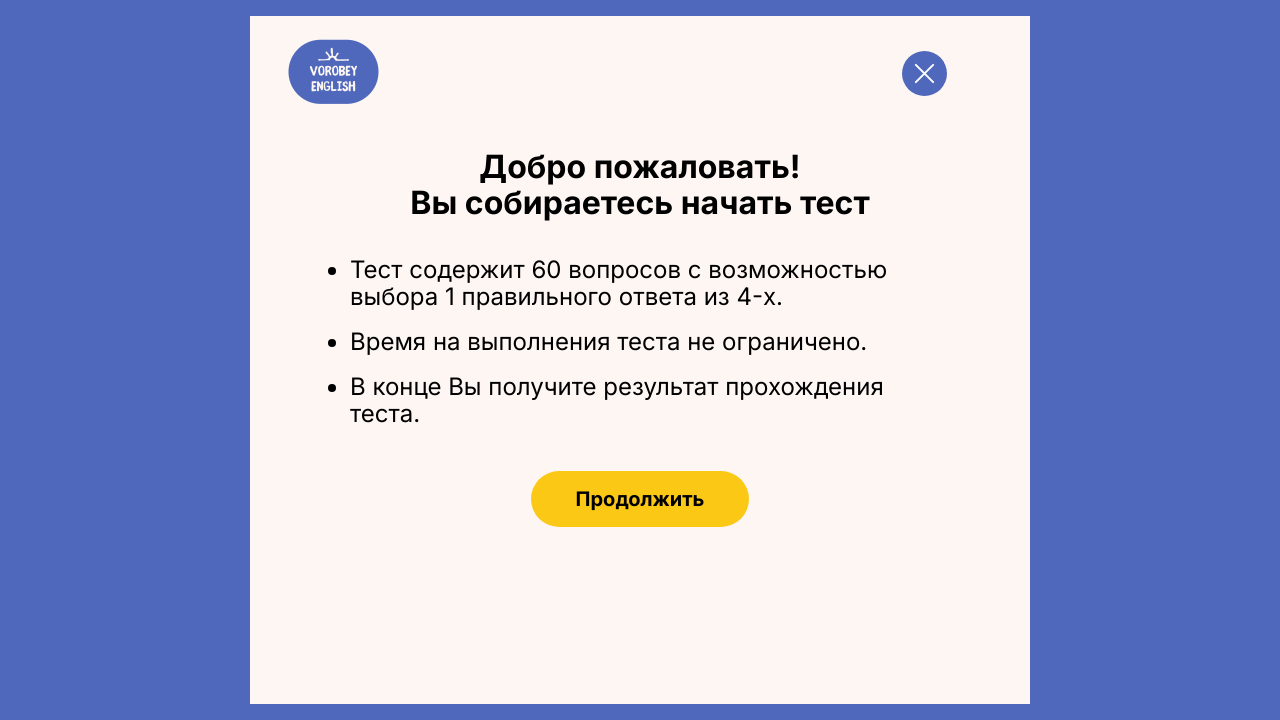
Repository: WladimirVA/PP-01-01_Dandelions
Page: next_test.html
The author's editor kept a copy of each file at every save. The page is drawn from the files as they stood at one save, then again after the next save.
The browser window is 1280 px wide. The pictures show the whole page.

Above is the page before, as saved 2023-02-14 17:32:27.

### next_test.html
<!DOCTYPE html>
<html lang="en">
<head>
    <meta charset="UTF-8">
    <meta http-equiv="X-UA-Compatible" content="IE=edge">
    <meta name="viewport" content="width=\, initial-scale=1.0">
    <link href="./static/css/name.css" rel="stylesheet" type="text/css">
    <link href="./static/css/fonts.css" rel="stylesheet" type="text/css">
    <link rel="icon" sizes="16x16" href="./static/img/Иконка _Лого_ (1_1).svg" type="image/x-icon">
    <title>Dandelions</title>
</head>
<body>
    <form class="NAME_LOGO_INFO" action="./test.html">
        <div class="Name-logo">
            <img src="./static/img/Иконка _Лого_ (1).svg">
            <img class="Name-logo-img1-info" src="./static/img/Ellipse 6 (2).svg">
            <a href="./Index.html"><img class="Name-logo-img-info" src="./static/img/Vector (5).svg"></a>
        </div>
        <div class="info">
            <p>Добро пожаловать!<br>Вы собираетесь начать тест</p>
            <ul>
                <li>Тест содержит 60 вопросов с возможностью выбора 1 правильного ответа из 4-х.</li>
                <li class="info-li">Время на выполнения теста не ограничено.</li>
                <li>В конце Вы получите результат прохождения теста.</li>
            </ul>
        </div>
        <div class="button">
            <button class="button submit_button">Продолжить</button>
        </div>

        <input type="hidden" name="name" id="" value="" >
        <input type="hidden" id="" value="" >

    </form>
    </div>
</body>
</html>

### static/css/name.css
body {
    align-items: center;
    width: 100%;
    max-width: 1366px;
    margin: auto;
    font-family: 'Inter', 'Work Sans', "NunitoSans-Light", Arial, Helvetica, sans-serif;
    background: #4F68BB;
}

* {
    margin: 0;
    padding: 0;
}

.NAME_LOGO {
    width: 560px;
    height: 480px;
    position: fixed; top: 50%; left: 50%;
    transform: translate(-50%, -55%);
    /* box-shadow: 0px 0px 25px; */
    background-color: #FEF6F3;
}

.NAME_LOGO_INFO {
    width: 780px;
    height: 688px;
    position: fixed; top: 50%; left: 50%;
    transform: translate(-50%, -55%);
    /* box-shadow: 0px 0px 25px; */
    background-color: #FEF6F3;

    position: absolute;
    top:  50%;
    left: 50%;
    transform: translate(-50%,-50%);
}

.Name-logo {
    display: flex;
}

.Name-logo a {
    margin: 30px 0 0 0px;
}

.Name-logo-img1 {
    margin: 17px 0 0 280px;
}

.Name-logo-img1-info {
    margin: 17px 0 0 485px;
}

.Name-logo-img {
    margin: 17px 0 0 -33px;
}

.Name-logo-img-info {
    margin: 17px 0 0 -33px;
}

.name {
    margin: 60px 0 0 70px;
}

.name p {
    text-align: right;
    margin: 15px 73px 66px 0;
    font-family: 'Inter';
    font-style: normal;
    font-weight: 400;
    font-size: 12px;
    line-height: 16px;
}

.label {
    text-align: center;
    font-family: 'Inter';
    font-style: normal;
    font-weight: 400;
    font-size: 20px;
    line-height: 24px;
}

.text-input {
    margin: 15px 0 0 0;
    width: 388px;
    height: 48px;
    border: 1px solid #000000;
    border-radius: 10px;
}
.button {
    text-align: center;
}
.submit_button {
    background: #FBC815;
    border-radius: 50px;
    width: 218px;
    height: 56px;
    font-family: 'Inter';
    font-style: normal;
    font-weight: 700;
    font-size: 20px;
    line-height: 24px;
    border: 0;
    cursor: pointer;
}

.submit_button:hover {
    background-color: #BC9F3B;
}

.submit_button:active {
    background-color: #FDE07D;
}

.info p {
    text-align: center;
    font-family: 'Inter';
    font-style: normal;
    font-weight: 700;
    font-size: 32px;
    line-height: 36px;
    margin: 35px 0 35px 0;
}

.info-li {
    margin: 18px 0 18px 0;
}

.info ul {
    margin: 0 0 25px 100px;
    width: 580px;
    height: 190px;
    font-family: 'Inter';
    font-style: normal;
    font-weight: 400;
    font-size: 24px;
    line-height: 27px;
}

### static/css/fonts.css
/* @import url('https://fonts.googleapis.com/css2?family=Work+Sans:ital,wght@0,600;0,800;1,800&display=swap'); */


/* @import url('https://fonts.googleapis.com/css2?family=Inter:wght@400;500;600;700;800&family=Work+Sans:ital,wght@0,600;0,800;1,800&display=swap'); */


@import url('https://fonts.googleapis.com/css2?family=Inter:wght@100;200;300;400;500;600;700;800;900&display=swap');

@import url('https://fonts.googleapis.com/css2?family=Inter:wght@100;200;300;400;500;600;700;800;900&family=Work+Sans:ital,wght@0,100;0,200;0,300;0,400;0,500;0,600;0,700;0,800;0,900;1,100;1,200;1,300;1,400;1,500;1,600;1,700;1,800;1,900&display=swap');

After the next save:
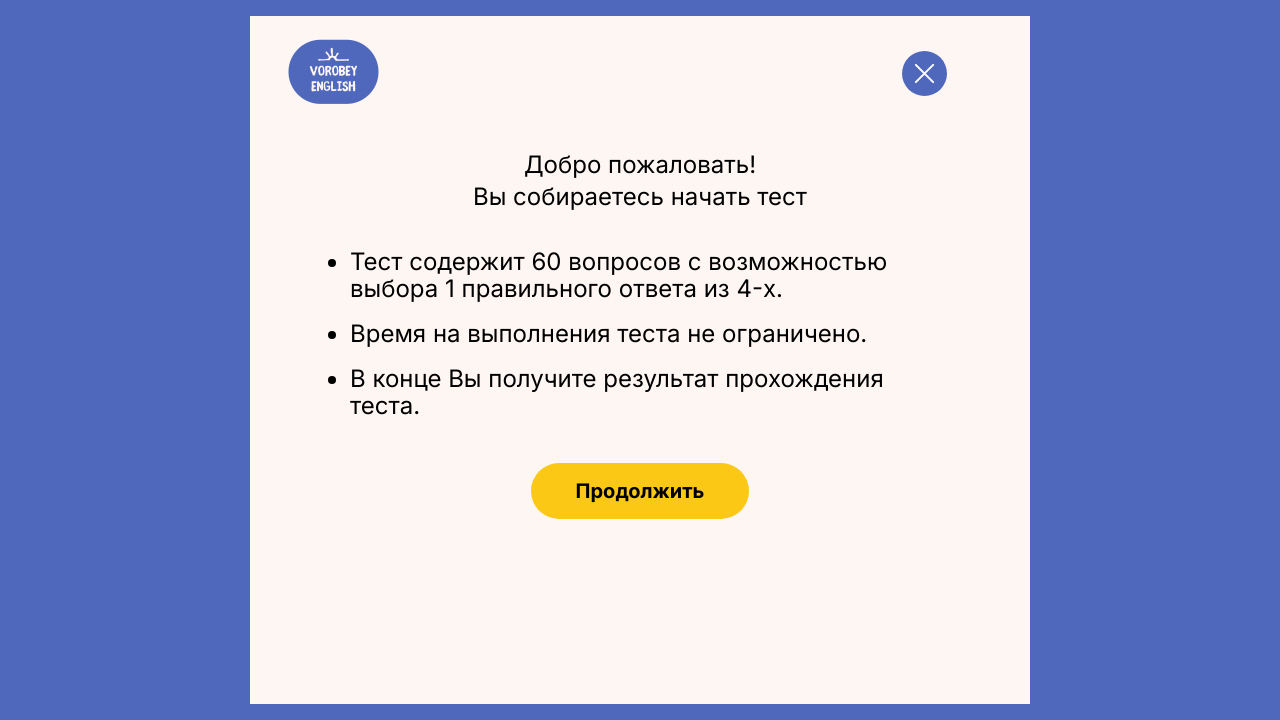
Saved 98 s later.
--- a/static/css/name.css
+++ b/static/css/name.css
@@ -118,9 +118,9 @@ body {
     text-align: center;
     font-family: 'Inter';
     font-style: normal;
-    font-weight: 700;
-    font-size: 32px;
-    line-height: 36px;
+    font-weight: 400;
+    font-size: 24px;
+    line-height: 32px;
     margin: 35px 0 35px 0;
 }
 
